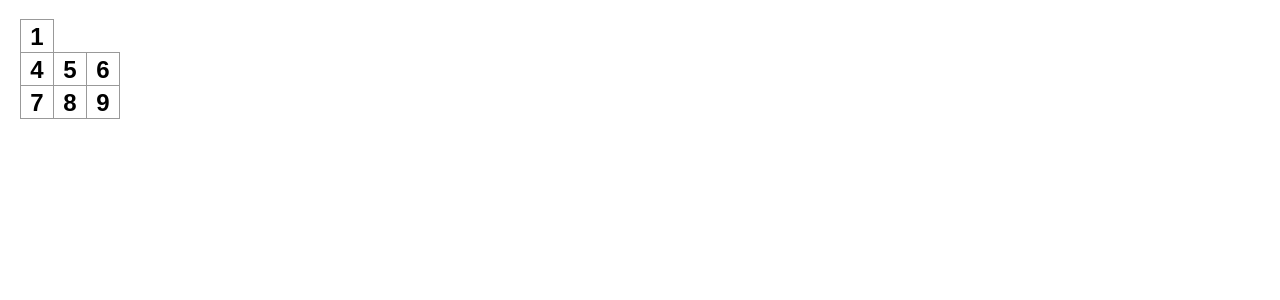
Repository: Arturgouveia1970/Tic-Tac-Toe
Page: /
An editor plug-in stored every save of this project. The page is shown before and after a run of saves, followed by the edit.
The browser window is 1280 px wide. The pictures show the whole page.
The project was rebuilt for these pictures with package versions that can differ from the ones it lists, and the page was loaded fresh each time. Also part of the build but not shown: src/index.css.

Above is the page before, as saved 2023-03-13 15:08:16.

### src/App.js
import './App.css';
import Square from './Square';

export default function Board() {
  return (
    <>
      <div className="board-row">
        <Square />

      </div>
      <div className="board-row">
        <button className="square">4</button>
        <button className="square">5</button>
        <button className="square">6</button>
      </div>
      <div className="board-row">
        <button className="square">7</button>
        <button className="square">8</button>
        <button className="square">9</button>
      </div>
    </>
  );
}

### src/Square.js
function Square() {
  return <button className="square">1</button>;
}

export default Square;

Loaded but not shown: public/index.html (common file); src/index.js (common file); src/reportWebVitals.js (common file); src/App.css (common file); src/index.css (no copy from this time; the picture is the same without it)

After the next 5 saves:
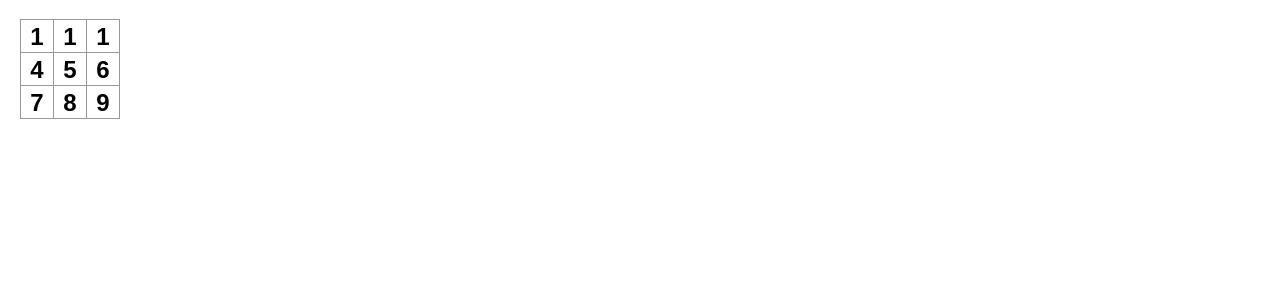
The 5 saves are shown as one change because they came seconds apart.
The last was saved 19 s later.
--- a/src/App.js
+++ b/src/App.js
@@ -6,7 +6,8 @@ export default function Board() {
     <>
       <div className="board-row">
         <Square />
-
+        <Square />
+        <Square />
       </div>
       <div className="board-row">
         <button className="square">4</button>
